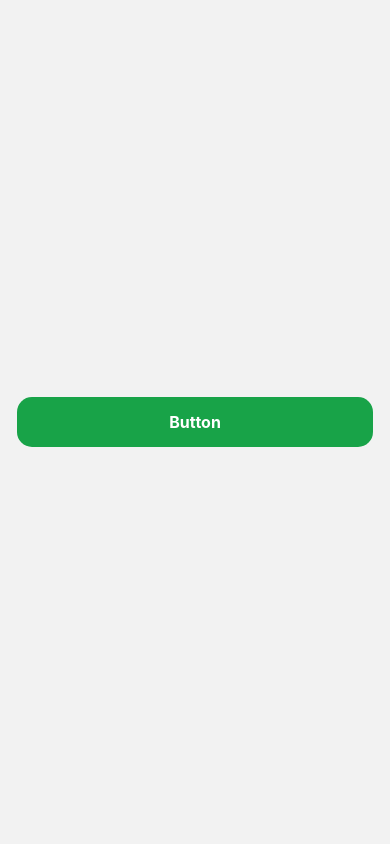
Repository: hungdomanh95/setuptheme
Screen: /
These files come from the project's save history. The screen is drawn as it stood at one moment and after the next save; the edit follows.
The app was drawn by React Native's web renderer in a window 390 px wide. The project was rebuilt for these pictures with package versions that can differ from the ones it lists, and the page was loaded fresh each time. Also part of the build but not shown: src/components/Fade/index.js, src/components/Slide/index.js.

Above is the screen before, as saved 2022-05-17 10:41:50.

### App.js
import {View, Text} from 'react-native';
import React from 'react';
import RootNavigation from './src/navigation/rootNavigation';

const App = () => {
  return <RootNavigation />;
};

export default App;

### src/navigation/rootNavigation.js
import React from 'react'
import {NavigationContainer} from '@react-navigation/native';
import {createNativeStackNavigator} from '@react-navigation/native-stack';
import {
  HomeScreen,
} from '../screens';
import { SafeAreaProvider } from 'react-native-safe-area-context';

const Stack = createNativeStackNavigator();
const RootNavigation = () => {
  const screenOptions = {
    headerTransparent: true,
    headerShown: false,
  };
  const stackOption = {
    headerShown: true,
    headerBackTitle: '',
    headerTitle: '',
  };
  return (
    <SafeAreaProvider>
      <NavigationContainer>
        <Stack.Navigator screenOptions={screenOptions}>
          <Stack.Screen name="HomeScreen" component={HomeScreen} />
        </Stack.Navigator>
      </NavigationContainer>
    </SafeAreaProvider>
  );
};

export default RootNavigation;

### src/screens/index.js
import HomeScreen from './HomeScreen';
export {HomeScreen};

### src/screens/HomeScreen/index.js
import {View, Text,StyleSheet} from 'react-native';
import React from 'react';
import {color, shadows} from '../../theme';
import { RNButton } from '../../components';

const HomeScreen = () => {
  return (
    <View style={styles.container}>
      <RNButton text="Button" color={color.green} />
    </View>
  );
};

export default HomeScreen;
const styles = StyleSheet.create({
  container: {
    flex: 1,
    justifyContent: 'center',
    alignItems: 'center',
  },
});

### src/theme/index.js
import {StyleSheet, Dimensions} from 'react-native';
const {width, height} = Dimensions.get('window');
const width_design = 375;
export const size = {
  width,
  height,
  spacing: 16,
  icon: 24,
  btn1: (width * 343) / width_design,
  btn2: (width * 196) / width_design,
  btn3: (width * 160) / width_design,
};
export const color = {
  primary: '#002665',
  primary80: "rgba(0, 38, 101, 0.8)",
  primary60: "rgba(0, 38, 101, 0.6)",
  primary40: "rgba(0, 38, 101, 0.4)",
  primary24: "rgba(0, 38, 101, 0.24)",
  primary16: "rgba(0, 38, 101, 0.16)",
  primary8: "rgba(0, 38, 101, 0.08)",
  primary4: "rgba(0, 38, 101, 0.04)",
  secondary: '#2567F9',
  secondary50: '#0077FF',
  secondary40: 'rgba(0, 119, 255, 0.4)',
  secondary24: 'rgba(0, 119, 255, 0.24)',
  secondary16: 'rgba(0, 119, 255, 0.16)',
  secondary8: 'rgba(0, 119, 255, 0.08)',
  white: '#FFFFFF',
  white64: 'rgba(255,255,255,0.64)',
  white40: 'rgba(255,255,255,0.4)',
  white24: 'rgba(255,255,255,0.24)',
  white16: 'rgba(255,255,255,0.16)',
  white8: 'rgba(255,255,255,0.08)',
  white4: 'rgba(255,255,255,0.04)',
  yellow: '#FDBE01',
  yellow80: 'rgba(253, 190, 1, 0.8)',
  yellow40: 'rgba(253, 190, 1, 0.4)',
  yellow16: 'rgba(253, 190, 1, 0.16)',
  red: '#DA000B',
  red80: 'rgba(227, 38, 46, 0.8)',
  red40: 'rgba(227, 38, 46, 0.4)',
  red16: 'rgba(227, 38, 46, 0.16)',
  gray: '#6D7E92',
  gray40: '#7689A2',
  gray24: '#B3BDCB',
  gray16: '#DADFE6',
  gray8: '#F9FAFD',
  green: '#18A348',
  green50: '#25C26E',
  green40: 'rgba(37, 194, 110, 0.4)',
  green24: 'rgba(37, 194, 110, 0.24)',
  neural: '#FFB200',
  neural80: 'rgba(255, 178, 0, 0.8)',
  neural40: 'rgba(255, 178, 0, 0.4)',
  neural24: 'rgba(255, 178, 0, 0.24)',
  neural16: 'rgba(255, 178, 0, 0.16)',
  neural8: 'rgba(255, 178, 0, 0.08)',
  orange: '#F44B02',
  orange80: 'rgba(244, 75, 2, 0.8)',
  orange40: 'rgba(244, 75, 2, 0.4)',
  orange8: '#FFECE3',
  infor: '#0289F4',
  infor80: 'rgba(2, 137, 244, 0.8)',
  infor40: 'rgba(2, 137, 244, 0.4)',
  infor10: 'rgba(2, 137, 244, 0.1)',
};
export const text = StyleSheet.create({
  h1: {
    fontSize: 22,
    lineHeight: 33,
  },
  h2: {
    fontSize: 20,
    lineHeight: 30,
  },
  h3: {
    fontSize: 18,
    lineHeight: 27,
  },
  fz16: {
    fontSize: 16,
    lineHeight: 24,
  },
  fz14: {
    fontSize: 14,
    lineHeight: 21,
  },
  fz12: {
    fontSize: 12,
    lineHeight: 18,
  },
  fz10: {
    fontSize: 10,
    lineHeight: 15,
  },
  bold: {
    fontWeight: '700',
  },
  medium: {
    fontWeight: '500',
  },
  regular: {
    fontWeight: '400',
  },
});
export const shadows = StyleSheet.create({
  sh: {
    backgroundColor: '#FFFFFF',
    shadowColor: 'rgba(0, 38, 101, 0.1)',
    shadowOffset: {
      width: 0,
      height: 2,
    },
    shadowOpacity: 2,
    shadowRadius: 5,
    elevation: 5,
  },
});

### src/components/index.js
import Fade from './Fade';
import Slide from './Slide';
import RNButton from './RNButton';
export {Fade, Slide, RNButton};

### src/components/RNButton/index.js
import {StyleSheet, Text, View} from 'react-native';
import React from 'react';
import {color, size, text} from '../../theme';

const RNButton = props => {
  const {text, color} = props;
  const styles = styleWithProps(props);
  return (
    <View style={styles.container}>
      <Text style={styles.text}>{text}</Text>
    </View>
  );
};

const styleWithProps = props =>
  StyleSheet.create({
    container: {
      width: size.btn1,
      height: 50,
      justifyContent: 'center',
      alignItems: 'center',
      backgroundColor: props.color,
      borderRadius: 15,
    },
    text: {
      color: color.white,
      ...text.fz16,
      ...text.bold,
    },
  });
export default RNButton;

After the next save:
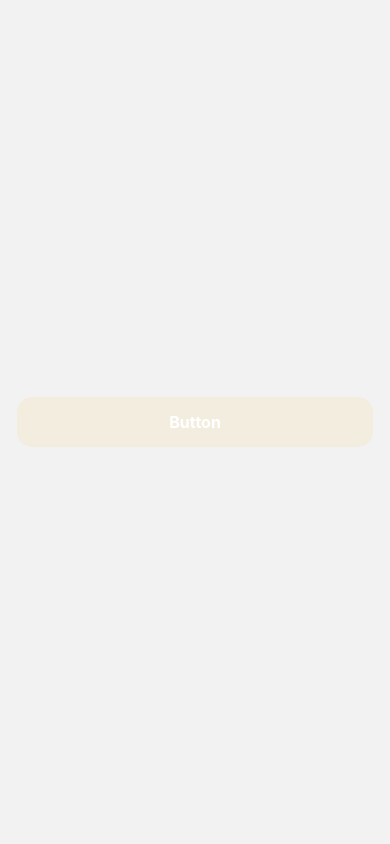
Saved 29 s later.
--- a/src/screens/HomeScreen/index.js
+++ b/src/screens/HomeScreen/index.js
@@ -6,7 +6,7 @@ import { RNButton } from '../../components';
 const HomeScreen = () => {
   return (
     <View style={styles.container}>
-      <RNButton text="Button" color={color.green} />
+      <RNButton text="Button" color={color.neural8} />
     </View>
   );
 };
